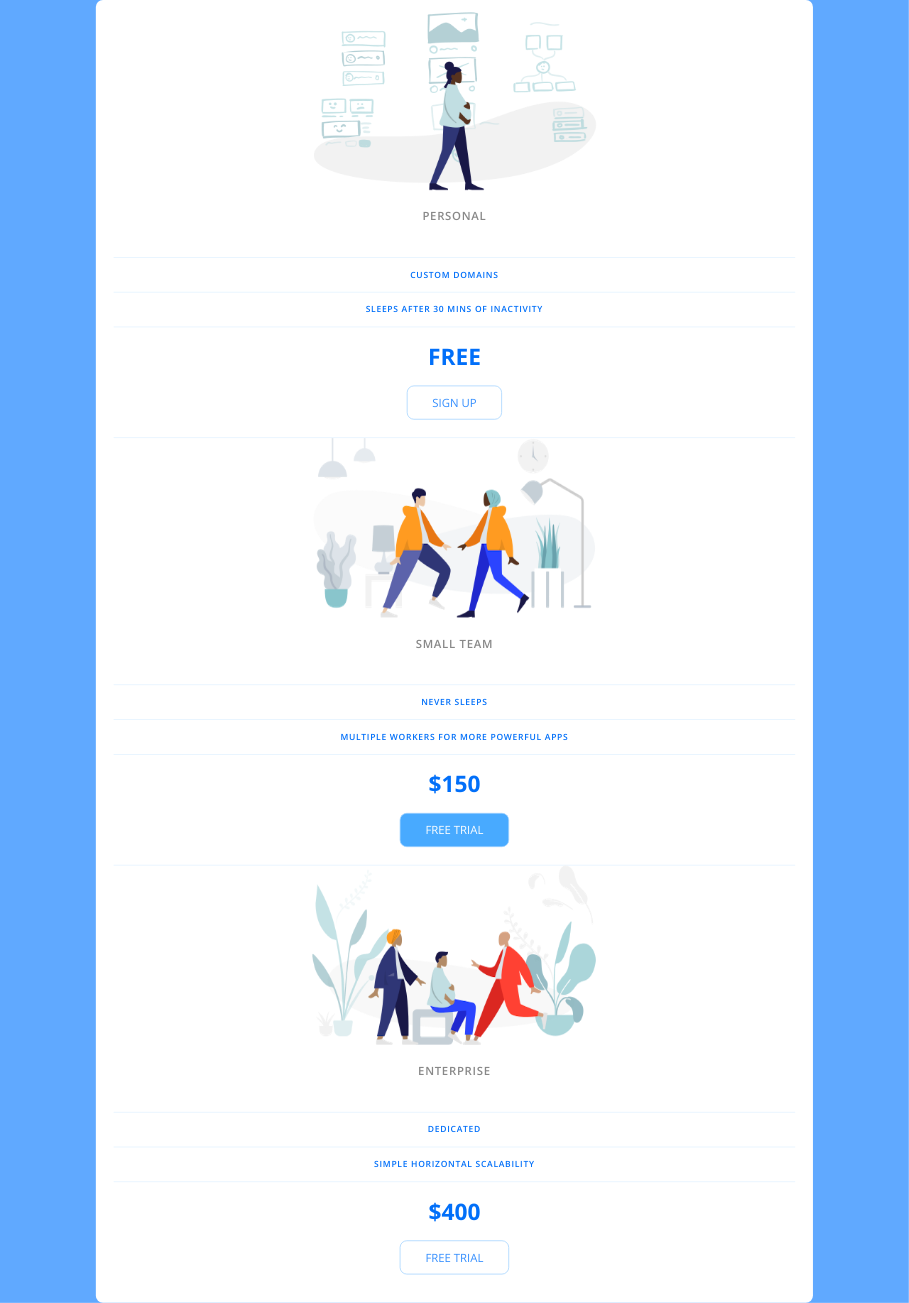
Repository: patrik-fredlund/pricing_panel_udemy
Page: PriceTableStarter/index.html
An editor plug-in stored every save of this project. The page is shown before and after the next save, followed by the edit.
The browser window is 1280 px wide. The pictures show the whole page, at 71% of full size.
The pointer rests on the first visible `.pricing-button.is-featured`.

Above is the page before, as saved 2021-06-27 13:56:59.

### PriceTableStarter/index.html
<!DOCTYPE html>
<html lang="en">

<head>
    <meta charset="UTF-8">
    <meta name="viewport" content="width=device-width, initial-scale=1.0">
    <title>Price Tiers</title>
    <link rel="stylesheet" href="https://fonts.googleapis.com/css?family=Open+Sans:400,600,700">
    <link rel="stylesheet" href="app.css">
</head>

<body>
    <div class="panel pricing-table">

        <div class="pricing-plan">
            <img src="icons/icon1.png" alt="" class="pricing-img">
            <h2 class="pricing-header">Personal</h2>
            <ul class="pricing-features">
                <li class="pricing-features-item">Custom domains</li>
                <li class="pricing-features-item">Sleeps after 30 mins of inactivity</li>
            </ul>
            <span class="pricing-price">Free</span>
            <a href="#/" class="pricing-button">Sign up</a>
        </div>

        <div class="pricing-plan">
            <img src="icons/icon2.png" alt="" class="pricing-img">
            <h2 class="pricing-header">Small team</h2>
            <ul class="pricing-features">
                <li class="pricing-features-item">Never sleeps</li>
                <li class="pricing-features-item">Multiple workers for more powerful apps</li>
            </ul>
            <span class="pricing-price">$150</span>
            <a href="#/" class="pricing-button is-featured">Free trial</a>
        </div>

        <div class="pricing-plan">
            <img src="icons/icon3.png" alt="" class="pricing-img">
            <h2 class="pricing-header">Enterprise</h2>
            <ul class="pricing-features">
                <li class="pricing-features-item">Dedicated</li>
                <li class="pricing-features-item">Simple horizontal scalability</li>
            </ul>
            <span class="pricing-price">$400</span>
            <a href="#/" class="pricing-button">Free trial</a>
        </div>

    </div>

</body>

</html>

### PriceTableStarter/app.css
/* http://meyerweb.com/eric/tools/css/reset/
   v2.0 | 20110126
   License: none (public domain)
*/

/* ---------------css reset------------------ */

html, body, div, span, applet, object, iframe,
h1, h2, h3, h4, h5, h6, p, blockquote, pre,
a, abbr, acronym, address, big, cite, code,
del, dfn, em, img, ins, kbd, q, s, samp,
small, strike, strong, sub, sup, tt, var,
b, u, i, center,
dl, dt, dd, ol, ul, li,
fieldset, form, label, legend,
table, caption, tbody, tfoot, thead, tr, th, td,
article, aside, canvas, details, embed,
figure, figcaption, footer, header, hgroup,
menu, nav, output, ruby, section, summary,
time, mark, audio, video {
	margin: 0;
	padding: 0;
	border: 0;
	font-size: 100%;
	font: inherit;
	vertical-align: baseline;
}
/* HTML5 display-role reset for older browsers */
article, aside, details, figcaption, figure,
footer, header, hgroup, menu, nav, section {
	display: block;
}
body {
	line-height: 1;
}
ol, ul {
	list-style: none;
}
blockquote, q {
	quotes: none;
}
blockquote:before, blockquote:after,
q:before, q:after {
	content: '';
	content: none;
}
table {
	border-collapse: collapse;
	border-spacing: 0;
}


/* ------------------------------------------- */

html {
    box-sizing: border-box;
    font-family: 'Open Sans', sans-serif;
}

body {
    background-color: #60a9ff;
    display: flex;
    justify-content: center;
    align-items: center;
    min-height: 100vh;
}

.panel {
    background-color: white;
    border-radius: 10px;
    padding: 15px 25px;
    width: 100%;
    max-width: 960px;
    display: flex;
    flex-direction: column;
    text-align: center;
    text-transform: uppercase;
}

.pricing-plan {
    border-bottom: 1px solid #e1f1ff;
}

.pricing-plan:last-child {
    border-bottom: none;
}

.pricing-img {
    margin-bottom: 25px;
    /* width: 100%; */
    max-width: 100%;
}

.pricing-header {
    color: #888;
    font-weight: 600;
    letter-spacing: 1px;
}

.pricing-features {
    margin: 50px 0 25px;
    color: #016ff9;
}

.pricing-features-item {
    font-weight: 600;
    letter-spacing: 1px;
    font-size: 12px;
    line-height: 1.5;
    padding: 15px 0;
    border-top: 1px solid #e1f1ff;;

}

.pricing-features-item:last-child {
    border-bottom: 1px solid #e1f1ff;;

}

.pricing-price {
    color: #016ff9;
    display: block;
    font-size: 32px;
    font-weight: 700;
}

.pricing-button {
    border: 1px solid #9dd1ff;
    border-radius: 10px;
    color: #348efe;
    display: inline-block;
    padding: 15px 35px;
    text-decoration: none ;
    margin: 25px 0;
    transition: background-color 200ms ease-in-out ;
}

.pricing-button:hover, pricing-button:focus {
background-color: #e1f1ff;
}

.pricing-button.is-featured {
    background-color: #48aaff;
    color: white ;
}

.pricing-button.is-featured:hover, .pricing-button.is-featured:focus {
    background-color: #48aaff;
    color: white ;
}

After the next save:
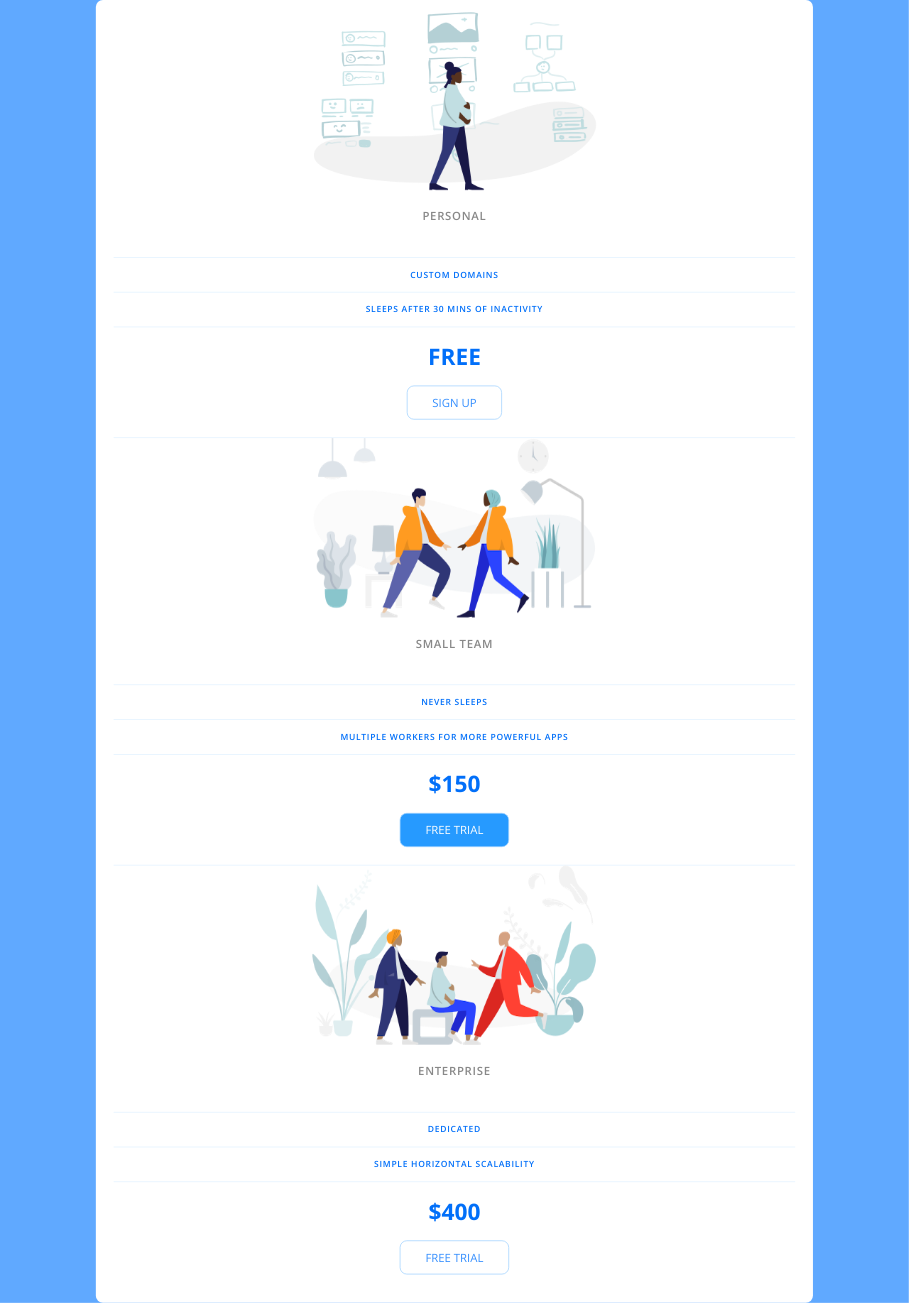
Saved 18 s later.
--- a/PriceTableStarter/app.css
+++ b/PriceTableStarter/app.css
@@ -145,6 +145,6 @@ background-color: #e1f1ff;
 }
 
 .pricing-button.is-featured:hover, .pricing-button.is-featured:focus {
-    background-color: #48aaff;
+    background-color: #269aff;
     color: white ;
 }
